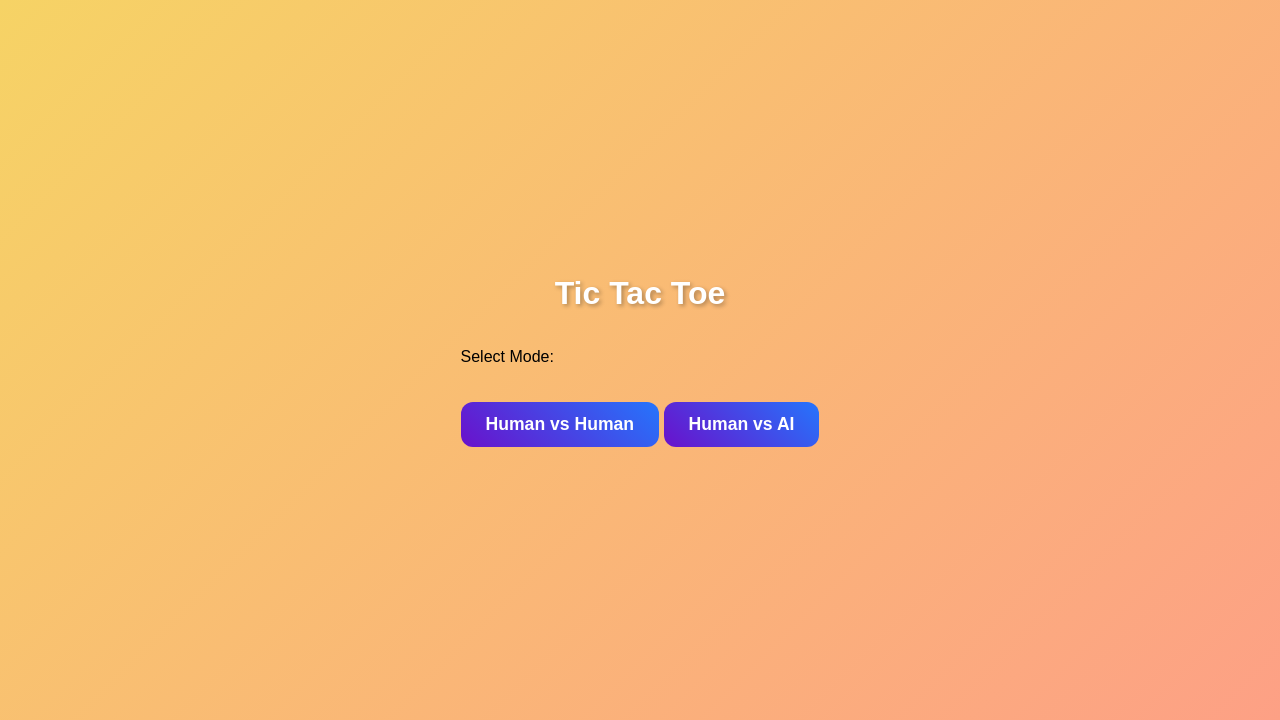
Repository: harshini0304/PRODIGY_WD_03
Page: index.html
The author's editor kept a copy of each file at every save. The page is drawn from the files as they stood at one save, then again after the next save.
The browser window is 1280 px wide. The pictures show the whole page.
After loading, the first visible `button` was clicked once.

Above is the page before, as saved 2025-09-09 17:51:11.
Console error: ReferenceError: startGame is not defined

### index.html
<!DOCTYPE html>
<html lang="en">
<head>
  <meta charset="UTF-8">
  <meta name="viewport" content="width=device-width, initial-scale=1.0">
  <title>Tic Tac Toe</title>
  <link rel="stylesheet" href="style.css">
</head>
<body>
  <h1>Tic Tac Toe</h1>

  <div id="modeSelection">
    <p>Select Mode:</p>
    <button onclick="startGame('hvh')">Human vs Human</button>
    <button onclick="startGame('hva')">Human vs AI</button>
  </div>

  <div id="board" style="display:none;"></div>
  <div id="status"></div>
  <button onclick="restartGame()" style="display:none;">Restart</button>

  <script src="script.js"></script>
</body>

</html>

### style.css
/* Body & general layout */
body {
  font-family: 'Arial', sans-serif;
  background: linear-gradient(135deg, #f6d365, #fda085);
  display: flex;
  flex-direction: column;
  align-items: center;
  justify-content: center;
  height: 100vh;
  margin: 0;
  padding: 0;
}

h1 {
  margin-bottom: 20px;
  color: #fff;
  text-shadow: 2px 2px 4px rgba(0,0,0,0.3);
}

/* Board styling */
#board {
  display: grid;
  grid-template-columns: repeat(3, 120px);
  grid-template-rows: repeat(3, 120px);
  gap: 10px;
  background: #fff3;
  padding: 10px;
  border-radius: 20px;
  box-shadow: 0 8px 20px rgba(0,0,0,0.3);
}

/* Each cell styling */
.cell {
  width: 120px;
  height: 120px;
  background: #ffffffaa;
  border-radius: 15px;
  border: 3px solid #444;
  font-size: 3rem;
  display: flex;
  align-items: center;
  justify-content: center;
  cursor: pointer;
  transition: all 0.3s ease;
}

/* Hover effect */
.cell:hover {
  background: #fffa;
  transform: scale(1.05);
  box-shadow: 0 4px 15px rgba(0,0,0,0.3);
}

/* Taken cells */
.cell.taken {
  cursor: not-allowed;
  color: #333;
}

/* Status text */
#status {
  margin-top: 20px;
  font-size: 1.5rem;
  font-weight: bold;
  color: #fff;
  text-shadow: 1px 1px 2px rgba(0,0,0,0.4);
}

/* Restart button */
button {
  margin-top: 20px;
  padding: 12px 25px;
  font-size: 1.1rem;
  cursor: pointer;
  border: none;
  border-radius: 12px;
  background: linear-gradient(45deg, #6a11cb, #2575fc);
  color: white;
  font-weight: bold;
  transition: all 0.3s ease;
}

button:hover {
  transform: scale(1.05);
  box-shadow: 0 6px 15px rgba(0,0,0,0.3);
}

/* Winning highlight animation */
.cell.winner {
  background: linear-gradient(45deg, #ff9a9e, #fad0c4);
  color: #fff;
  animation: blink 0.8s infinite alternate;
}

@keyframes blink {
  0% { transform: scale(1); }
  50% { transform: scale(1.1); }
  100% { transform: scale(1); }
}

### script.js
const board = Array(9).fill('');
const human = 'X';
const ai = 'O';
let gameOver = false;

const boardContainer = document.getElementById('board');
const statusText = document.getElementById('status');

// Winning combinations
const winCombos = [
  [0,1,2],[3,4,5],[6,7,8],
  [0,3,6],[1,4,7],[2,5,8],
  [0,4,8],[2,4,6]
];

// Create board UI
function createBoard() {
  boardContainer.innerHTML = '';
  board.forEach((val, i) => {
    const cell = document.createElement('div');
    cell.classList.add('cell');
    if (val) {
      cell.textContent = val;
      cell.classList.add('taken');
    }
    cell.addEventListener('click', () => playerMove(i));
    boardContainer.appendChild(cell);
  });
}

// Check winner
function checkWinner(b, player) {
  return winCombos.some(combo => combo.every(i => b[i] === player));
}

function emptyCells(b) {
  return b.map((v, i) => v === '' ? i : null).filter(v => v !== null);
}

// Minimax with Alpha-Beta
function minimax(b, depth, isMax, alpha, beta) {
  if (checkWinner(b, ai)) return 10 - depth;
  if (checkWinner(b, human)) return depth - 10;
  if (emptyCells(b).length === 0) return 0;

  if (isMax) {
    let best = -Infinity;
    for (let i of emptyCells(b)) {
      b[i] = ai;
      let val = minimax(b, depth + 1, false, alpha, beta);
      b[i] = '';
      best = Math.max(best, val);
      alpha = Math.max(alpha, best);
      if (beta <= alpha) break;
    }
    return best;
  } else {
    let best = Infinity;
    for (let i of emptyCells(b)) {
      b[i] = human;
      let val = minimax(b, depth + 1, true, alpha, beta);
      b[i] = '';
      best = Math.min(best, val);
      beta = Math.min(beta, best);
      if (beta <= alpha) break;
    }
    return best;
  }
}

function bestMove() {
  let bestVal = -Infinity;
  let move;
  for (let i of emptyCells(board)) {
    board[i] = ai;
    let val = minimax(board, 0, false, -Infinity, Infinity);
    board[i] = '';
    if (val > bestVal) {
      bestVal = val;
      move = i;
    }
  }
  return move;
}

function playerMove(index) {
  if (board[index] === '' && !gameOver) {
    board[index] = human;
    if (checkWinner(board, human)) {
      statusText.textContent = "You Win 🎉";
      gameOver = true;
    } else if (emptyCells(board).length === 0) {
      statusText.textContent = "It's a Tie 😐";
      gameOver = true;
    } else {
      let aiIndex = bestMove();
      board[aiIndex] = ai;
      if (checkWinner(board, ai)) {
        statusText.textContent = "AI Wins 🤖";
        gameOver = true;
      } else if (emptyCells(board).length === 0) {
        statusText.textContent = "It's a Tie 😐";
        gameOver = true;
      }
    }
    createBoard();
  }
}

function restartGame() {
  for (let i = 0; i < 9; i++) board[i] = '';
  gameOver = false;
  statusText.textContent = '';
  createBoard();
}

createBoard();

After the next save:
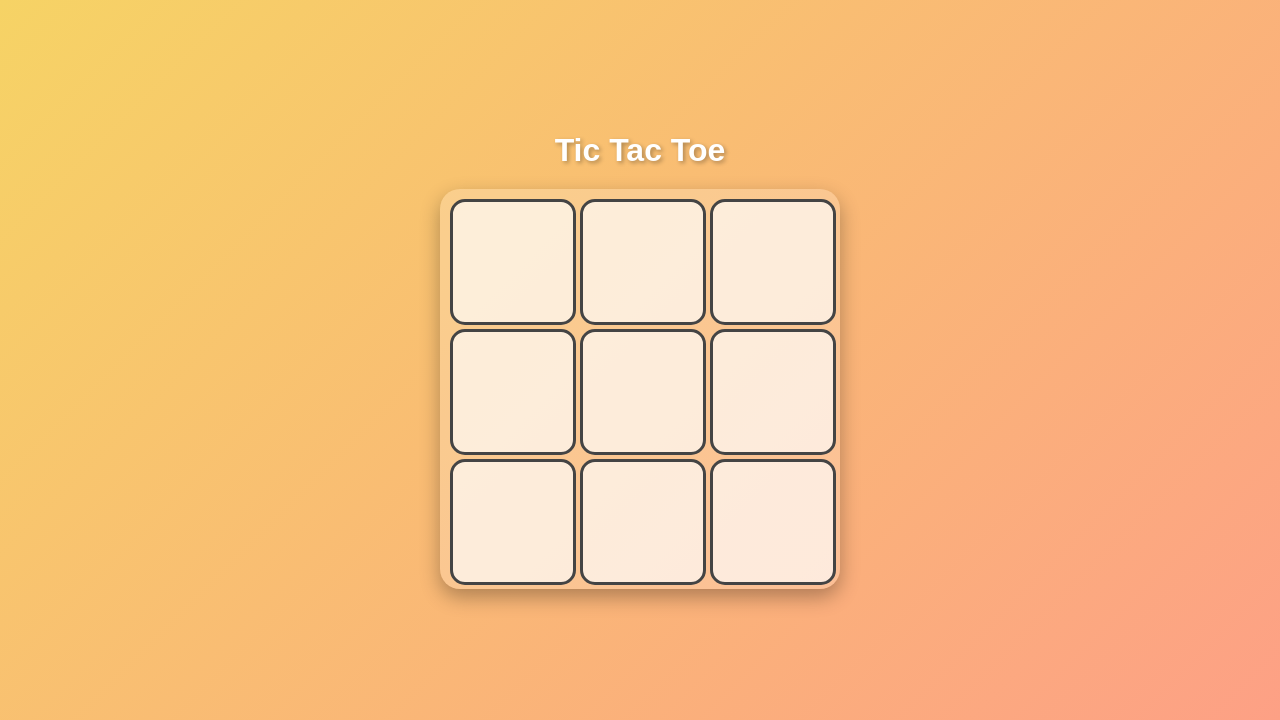
The error is gone.
Saved 20 s later.
--- a/script.js
+++ b/script.js
@@ -2,9 +2,13 @@ const board = Array(9).fill('');
 const human = 'X';
 const ai = 'O';
 let gameOver = false;
+let currentPlayer = human;
+let mode = ''; // 'hvh' or 'hva'
 
 const boardContainer = document.getElementById('board');
 const statusText = document.getElementById('status');
+const modeDiv = document.getElementById('modeSelection');
+const restartBtn = document.querySelector('button');
 
 // Winning combinations
 const winCombos = [
@@ -12,6 +16,14 @@ const winCombos = [
   [0,3,6],[1,4,7],[2,5,8],
   [0,4,8],[2,4,6]
 ];
+
+function startGame(selectedMode) {
+  mode = selectedMode;
+  modeDiv.style.display = 'none';
+  boardContainer.style.display = 'grid';
+  restartBtn.style.display = 'inline-block';
+  createBoard();
+}
 
 // Create board UI
 function createBoard() {
@@ -37,7 +49,7 @@ function emptyCells(b) {
   return b.map((v, i) => v === '' ? i : null).filter(v => v !== null);
 }
 
-// Minimax with Alpha-Beta
+// Minimax AI for Human vs AI mode
 function minimax(b, depth, isMax, alpha, beta) {
   if (checkWinner(b, ai)) return 10 - depth;
   if (checkWinner(b, human)) return depth - 10;
@@ -84,7 +96,22 @@ function bestMove() {
 }
 
 function playerMove(index) {
-  if (board[index] === '' && !gameOver) {
+  if (board[index] !== '' || gameOver) return;
+
+  if (mode === 'hvh') {
+    // Human vs Human
+    board[index] = currentPlayer;
+    if (checkWinner(board, currentPlayer)) {
+      statusText.textContent = `${currentPlayer} Wins 🎉`;
+      gameOver = true;
+    } else if (emptyCells(board).length === 0) {
+      statusText.textContent = "It's a Tie 😐";
+      gameOver = true;
+    } else {
+      currentPlayer = currentPlayer === human ? ai : human;
+    }
+  } else if (mode === 'hva') {
+    // Human vs AI
     board[index] = human;
     if (checkWinner(board, human)) {
       statusText.textContent = "You Win 🎉";
@@ -103,15 +130,19 @@ function playerMove(index) {
         gameOver = true;
       }
     }
-    createBoard();
   }
+  createBoard();
 }
 
 function restartGame() {
   for (let i = 0; i < 9; i++) board[i] = '';
   gameOver = false;
+  currentPlayer = human;
   statusText.textContent = '';
   createBoard();
+  if (modeDiv) {
+    modeDiv.style.display = 'block';
+    boardContainer.style.display = 'none';
+    restartBtn.style.display = 'none';
+  }
 }
-
-createBoard();
